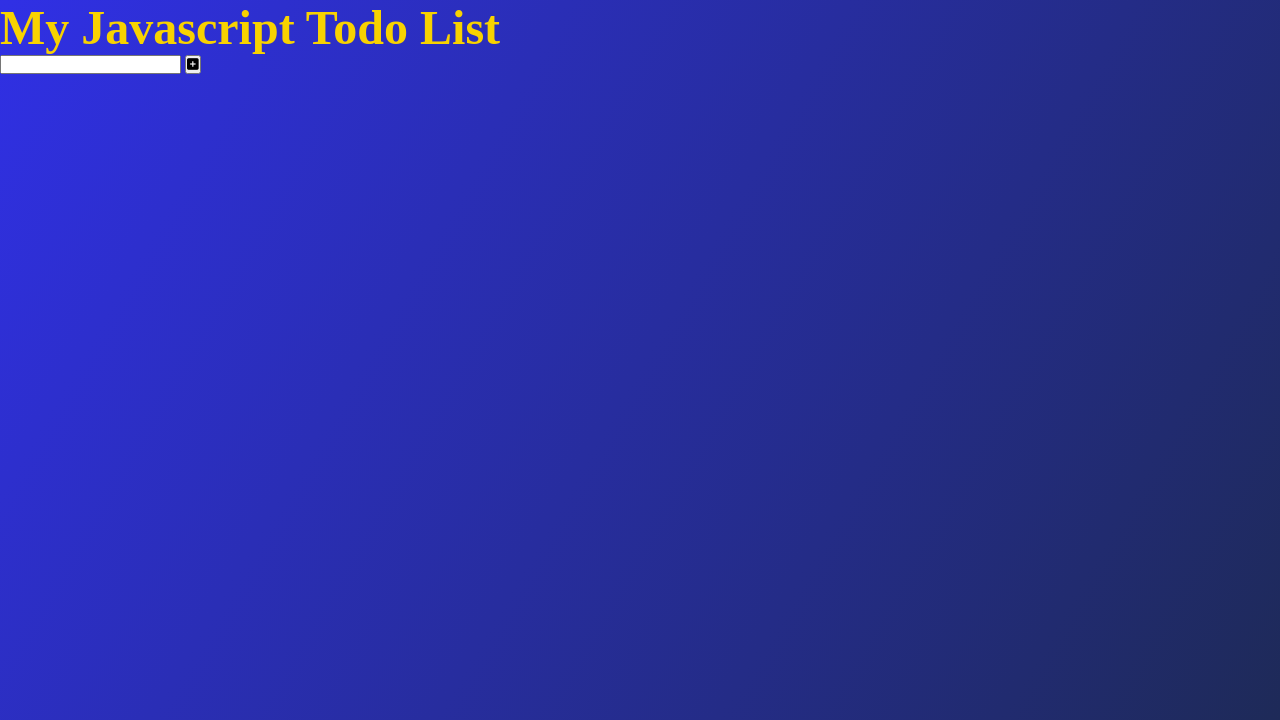
Repository: LuisMiLR/JavaScript-Todo-List
Page: index.html
These files come from the project's save history. The page is drawn as it stood at one moment and after a run of saves; the edit follows.
The browser window is 1280 px wide. The pictures show the whole page.

Above is the page before, as saved 2023-05-01 13:30:13.

After the next 3 saves:
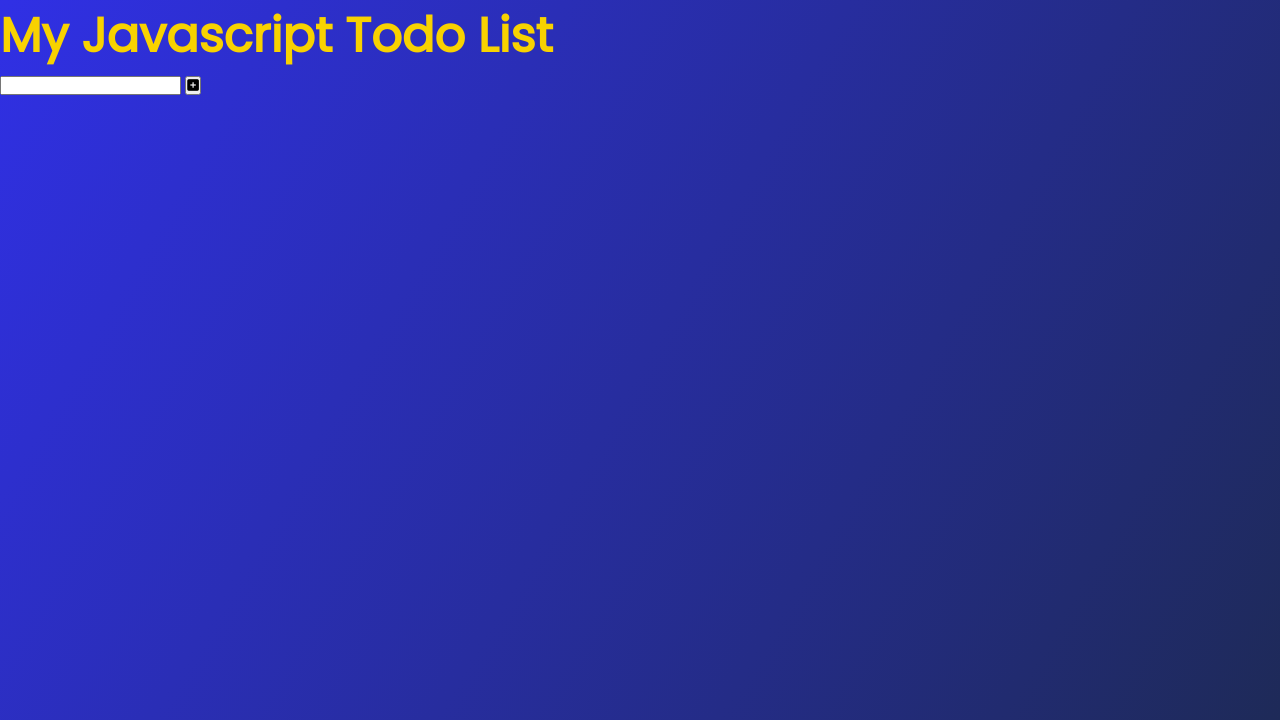
The 3 saves are shown as one change because they came seconds apart.
The last was saved 11 s later.
--- a/style.css
+++ b/style.css
@@ -8,7 +8,7 @@ body {
     background-image: linear-gradient(120deg, #3030e5,#1e2a58);
     color: rgb(248, 210, 0);
     min-height: 100vh;
-    font-family: ;
+    font-family: "poppins",sans-serif;
 }
 
 header{
